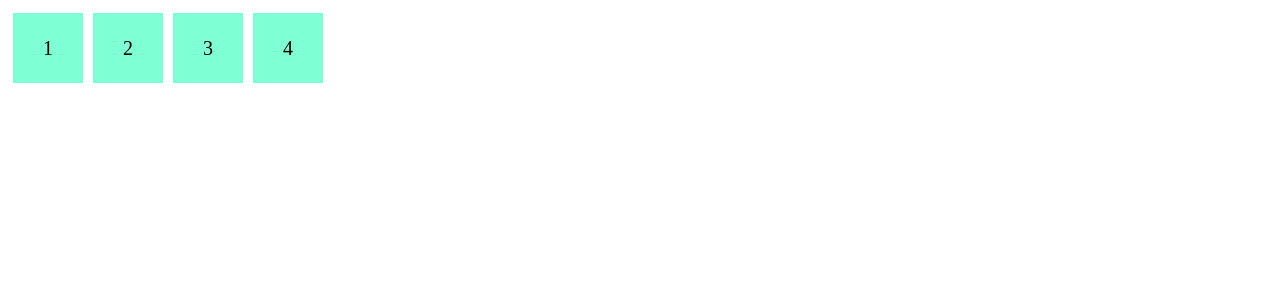
Repository: gabrielbino/projects-dio
Page: flexbox/@flex-direction.html
These files come from the project's save history. The page is drawn as it stood at one moment and after the next save; the edit follows.
The browser window is 1280 px wide. The pictures show the whole page.

Above is the page before, as saved 2021-10-18 11:24:19.

After the next save:
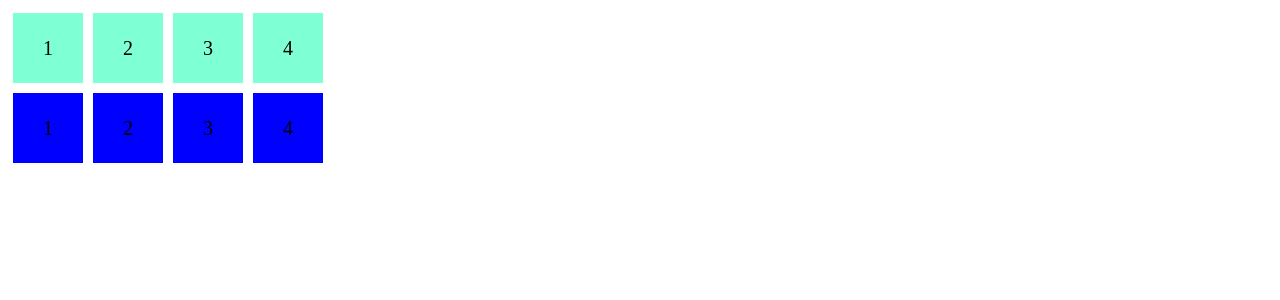
Saved 29 s later.
--- a/flexbox/@flex-direction.html
+++ b/flexbox/@flex-direction.html
@@ -35,5 +35,11 @@
       <li class="flexItem">3</li>
       <li class="flexItem">4</li>
     </ul>
+    <ul class="flexContainer rowReverse">
+      <li class="flexItem">1</li>
+      <li class="flexItem">2</li>
+      <li class="flexItem">3</li>
+      <li class="flexItem">4</li>
+    </ul>
   </body>
 </html>
